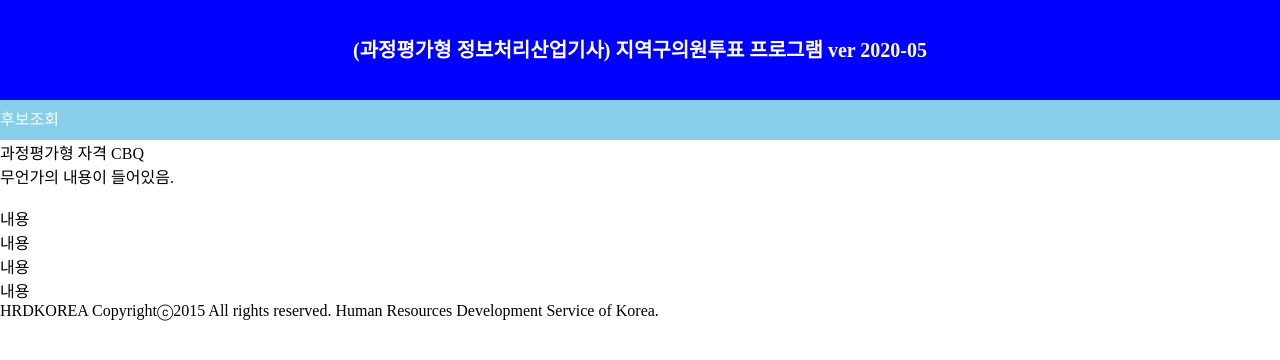
Repository: kayeunae/mvc-pattern
Page: http://localhost/VOTE_1234/
An editor plug-in stored every save of this project. The page is shown before and after the next save, followed by the edit.
The browser window is 1280 px wide. The pictures show the whole page.
The page is served by Tomcat 9.

Above is the page before, as saved 2022-12-21 05:09:28.

After the next save:
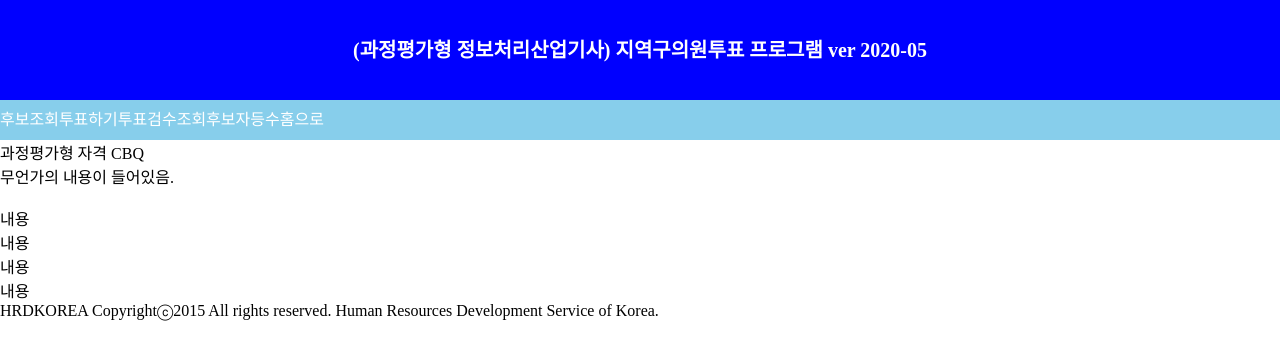
Saved 23 s later.
--- a/VOTE_1234/src/main/webapp/style.css
+++ b/VOTE_1234/src/main/webapp/style.css
@@ -19,7 +19,7 @@
 	color: white;
 }
 
-nav {
+nav ul {
 	height: 40px;
 	line-height: 40px;
 	width: 100%;
@@ -27,7 +27,7 @@
 	overflow: hidden;
 }
 
-nav ul {
+nav ul li {
 	list-style: none;
 	float: left;
 }
